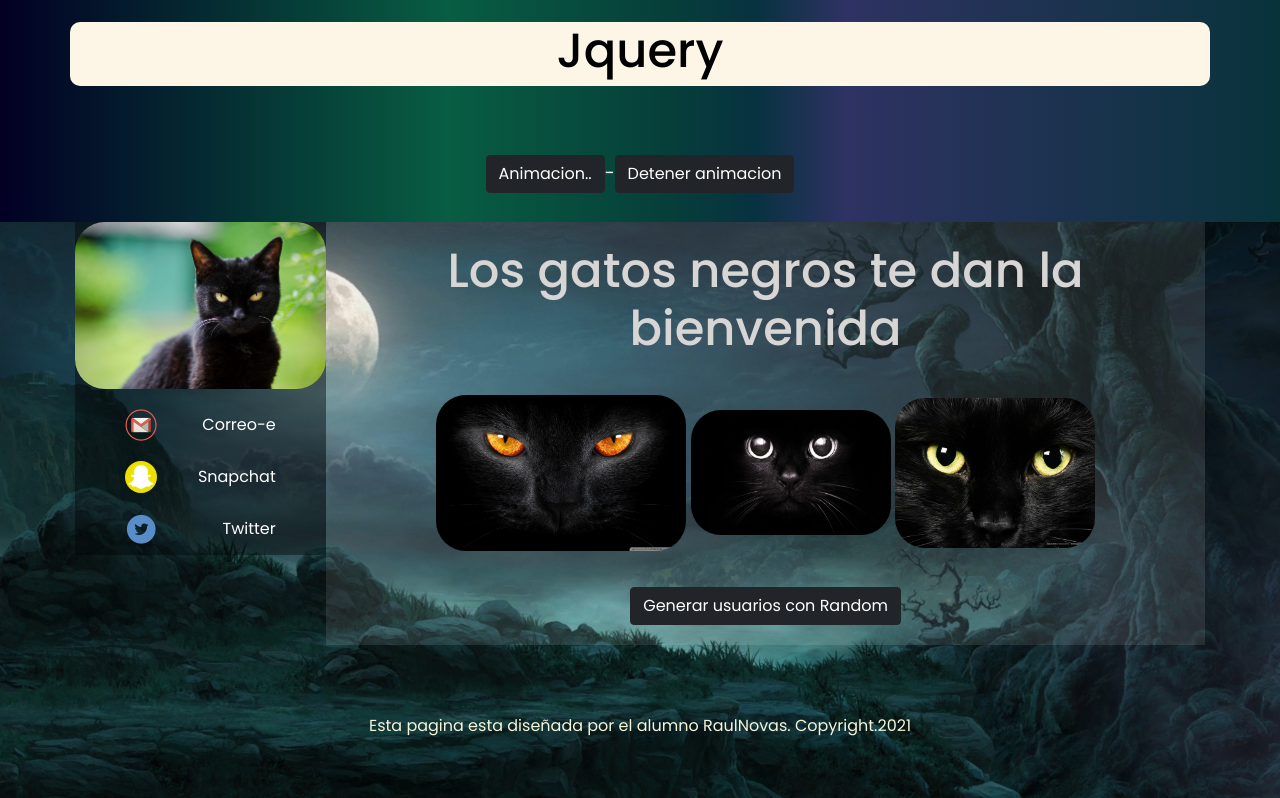
Repository: raul4264/final2
Page: index.html
An editor plug-in stored every save of this project. The page is shown before and after the next save, followed by the edit.
The browser window is 1280 px wide. The pictures show the whole page.

Above is the page before, as saved 2021-07-14 09:30:40.

After the next save:
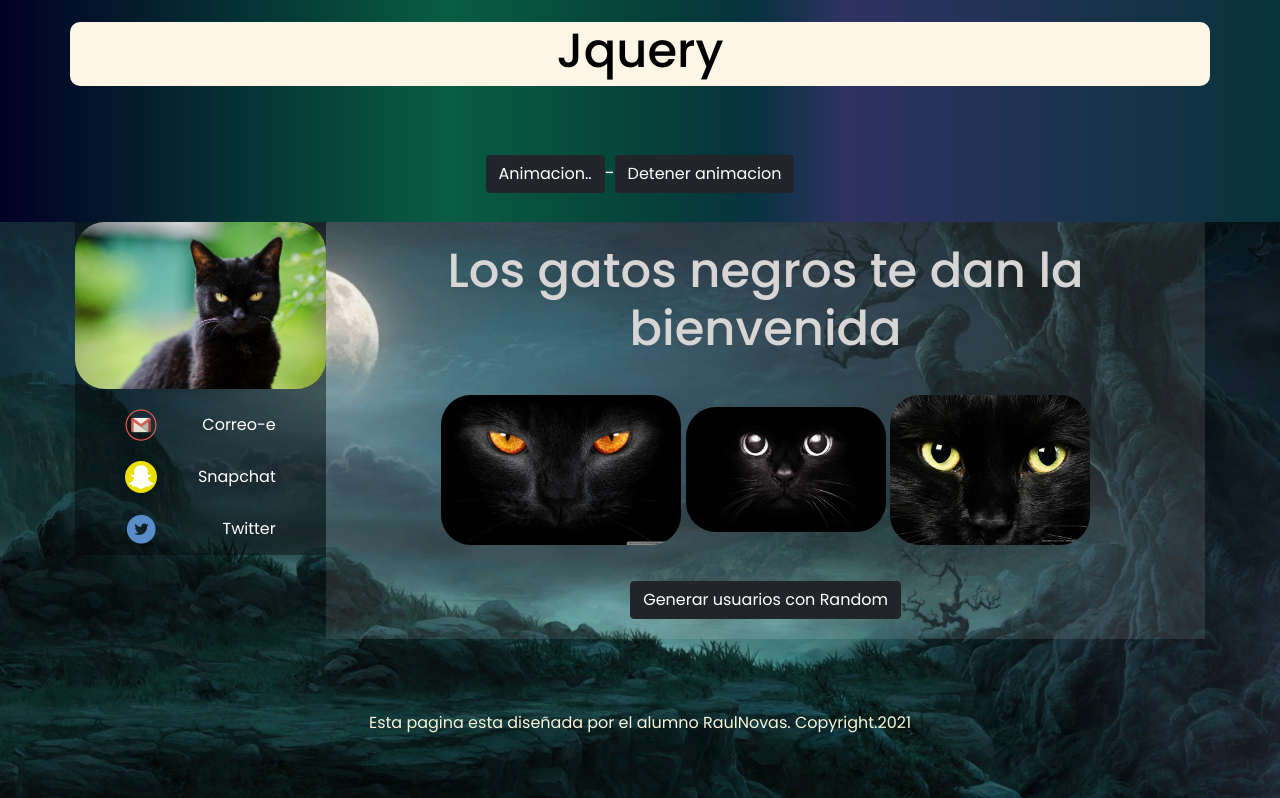
Saved 9 s later.
--- a/index.html
+++ b/index.html
@@ -134,7 +134,7 @@
 
 
 
-                <img src="/images/cat1.jpg" width="250vw">
+                <img src="/images/cat1.jpg" width="240vw">
                 <img src="/images/cat2.jpg" width="200vw" >
                 <img src="/images/cat3.jpg" width="200vw" >
 
